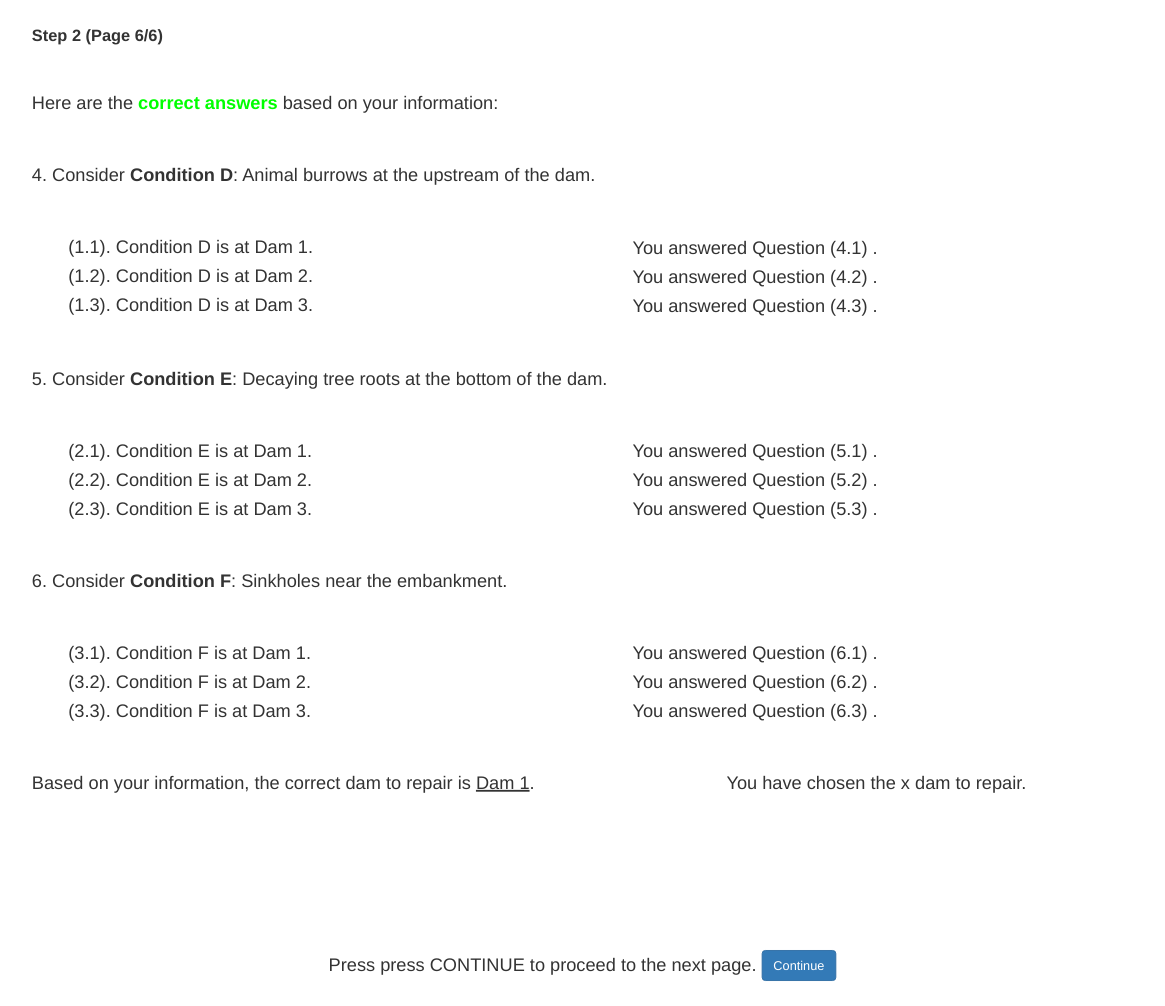
Repository: zmikaya/behavecon
Page: templates/group/Category3Dams_p17.html
The author's editor kept a record of every edit. The page is drawn from the files as they stood at one moment, then again after the next edit.
The browser window is 1280 px wide. The pictures show the whole page, at 91% of full size.
The template is drawn by Django 2.2. The application's start-up code is not run. The template is opened directly, without the code that normally fills it, so the values that code supplies are empty.

Above is the page before.
Console error: TypeError: Cannot read properties of null (reading 'getAttribute')

After the next edit:
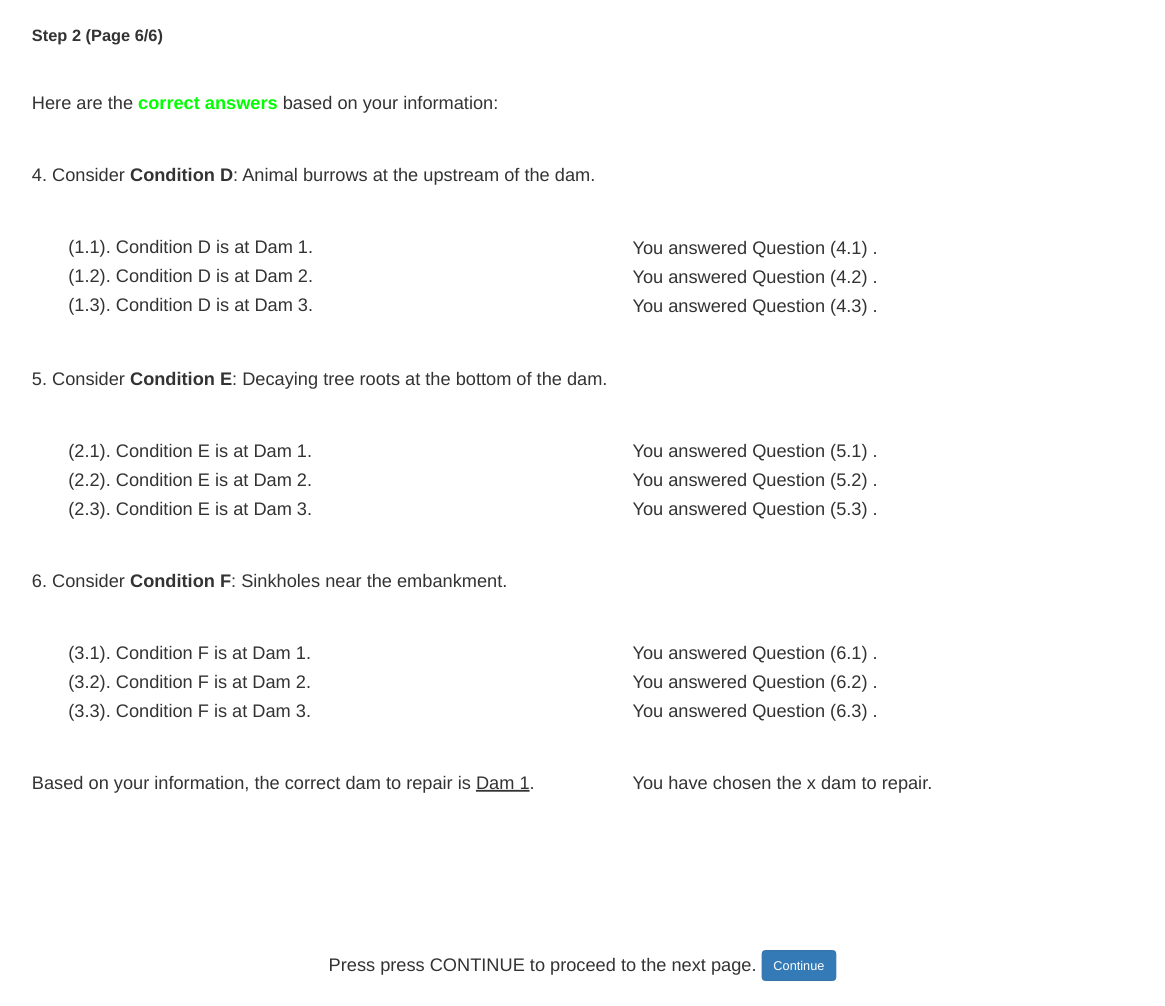
The edit:
--- a/templates/group/Category3Dams_p17.html
+++ b/templates/group/Category3Dams_p17.html
@@ -88,7 +88,6 @@
                 <div class="col-lg-6 left-align">
                     <p>Based on your information, the correct dam to repair is <u>Dam 1</u>.</p>
                 </div>
-                <div class="col-lg-1"></div>
                 <div class="col-lg-5 left-align">
                     <ul style="list-style-type:none">
                         <li>You have chosen the x dam to repair.</li>
